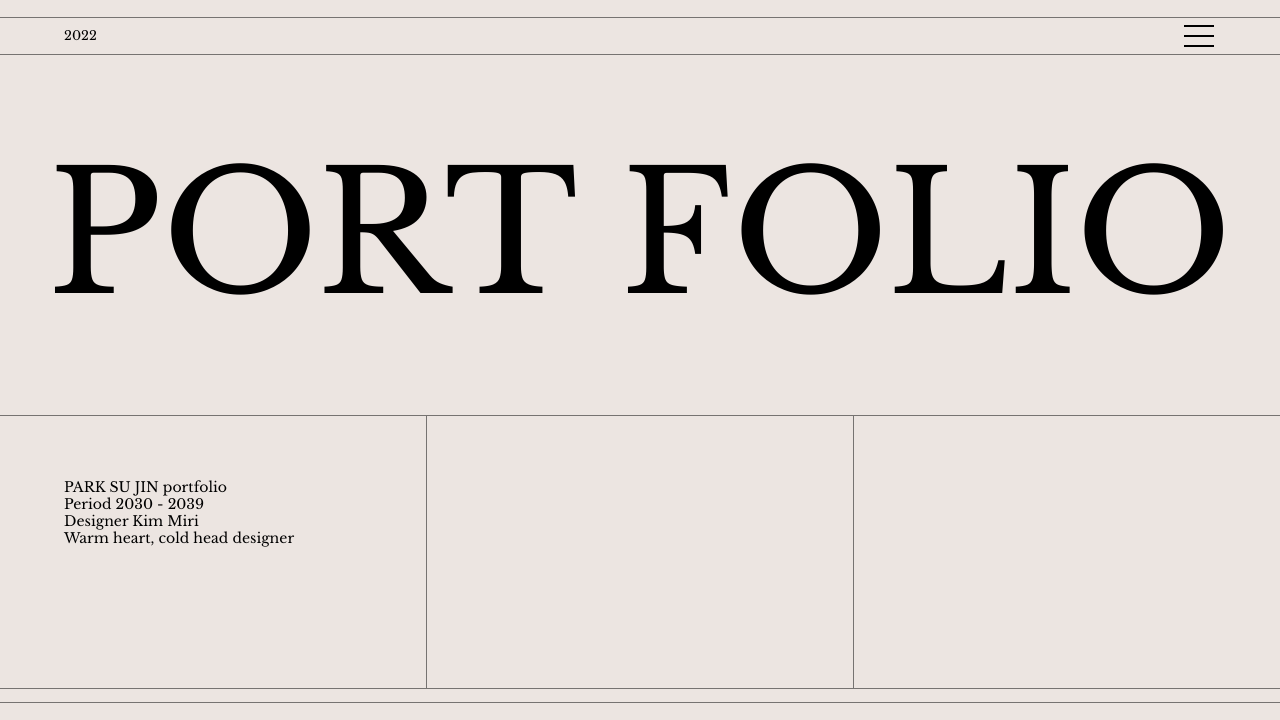
Repository: clsrnemfdml/portfolio_parksj_versiton1
Page: index.html
These files come from the project's save history. The page is drawn as it stood at one moment and after the next save; the edit follows.
The browser window is 1280 px wide. The pictures show the whole page.

Above is the page before, as saved 2021-09-02 07:53:54.

After the next save:
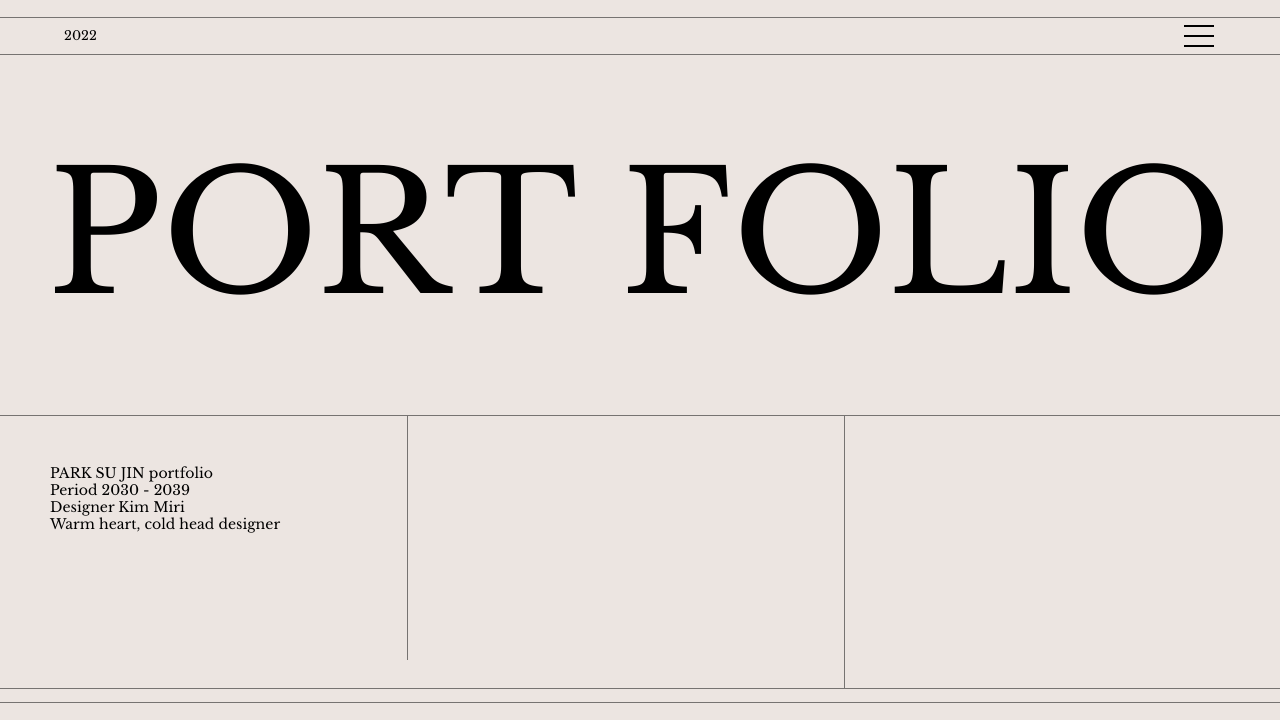
Saved 13 s later.
--- a/css/index.css
+++ b/css/index.css
@@ -100,7 +100,7 @@
     }
 
     #wrap #section1 .content_bottom .rsum1{
-        padding: 5%;
+        padding: 50px;
         border-right: 1px solid #767371;
     }
     #wrap #section1 .content_bottom .rsum1 p{

After the save that followed:
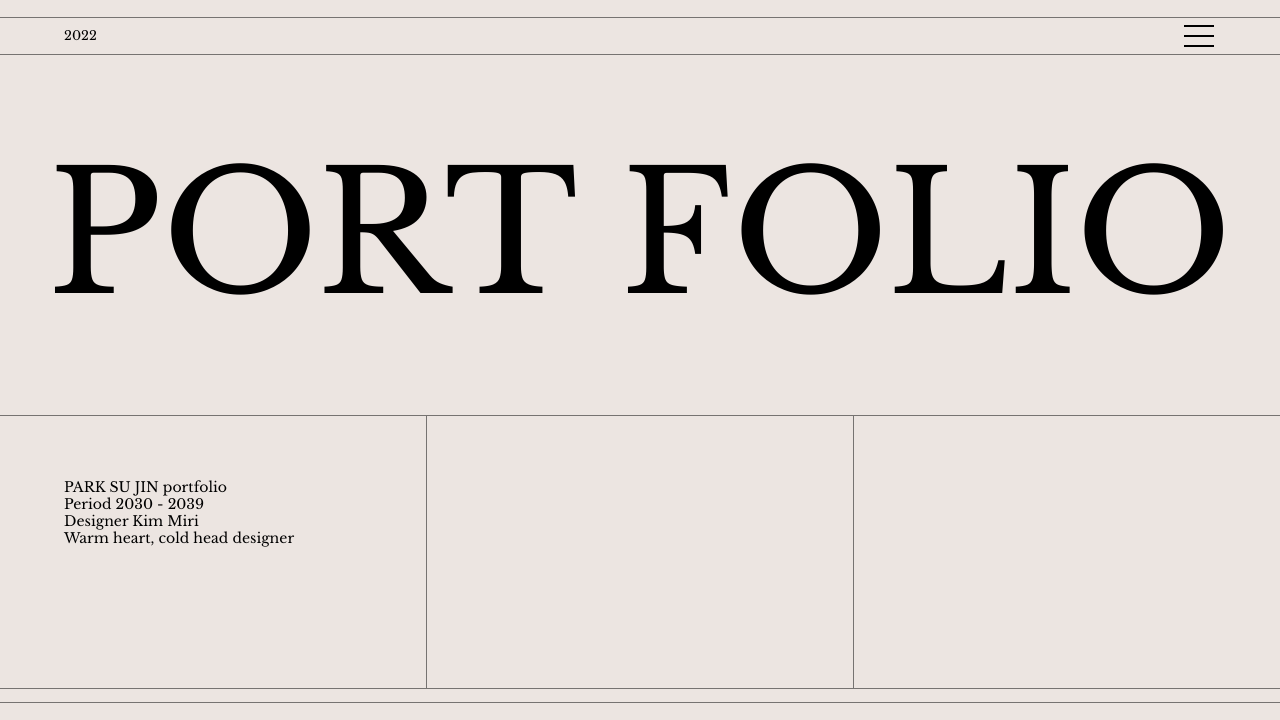
Saved 7 s later.
--- a/css/index.css
+++ b/css/index.css
@@ -100,7 +100,7 @@
     }
 
     #wrap #section1 .content_bottom .rsum1{
-        padding: 50px;
+        padding: 5%;
         border-right: 1px solid #767371;
     }
     #wrap #section1 .content_bottom .rsum1 p{
